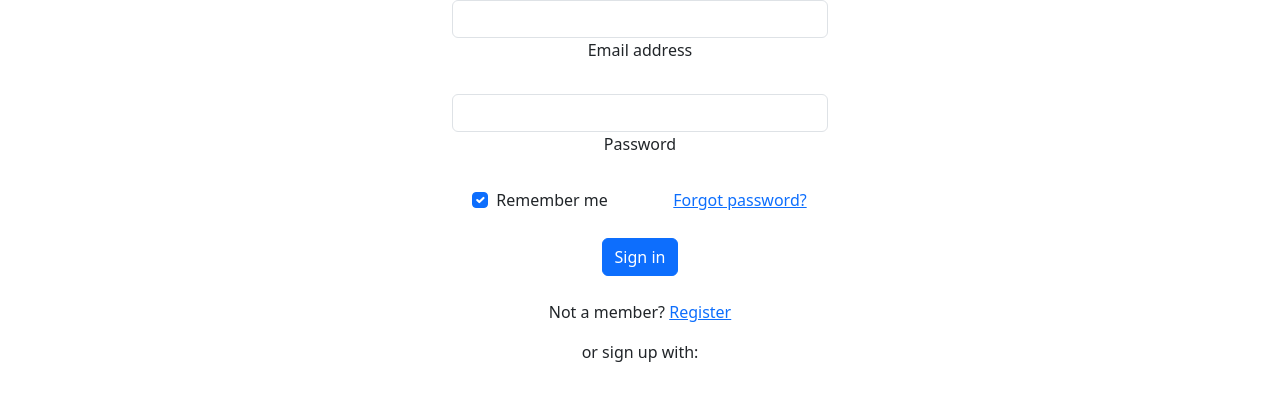
Repository: HieuNT-2001/JAVA-3---SOF203
Page: http://localhost/HocJava4/
The author's editor kept a copy of each file at every save. The page is drawn from the files as they stood at one save, then again after the next save.
The browser window is 1280 px wide. The pictures show the whole page.
The page is served by Tomcat 10. Other server files are loaded and not shown.

Above is the page before, as saved 2024-09-28 03:36:24.

### HocJava4/src/main/webapp/views/LoginForm.jsp
<%@ page language="java" contentType="text/html; charset=UTF-8"
	pageEncoding="UTF-8"%>
<!doctype html>
<html lang="en">
<head>
<meta charset="utf-8">
<meta name="viewport" content="width=device-width, initial-scale=1">
<title>Bootstrap demo</title>
<link
	href="https://cdn.jsdelivr.net/npm/bootstrap@5.3.3/dist/css/bootstrap.min.css"
	rel="stylesheet"
	integrity="sha384-QWTKZyjpPEjISv5WaRU9OFeRpok6YctnYmDr5pNlyT2bRjXh0JMhjY6hW+ALEwIH"
	crossorigin="anonymous">
</head>
<body>
	<div class="container" style="width: 400px; text-align: center;">
		<form>
			<!-- Email input -->
			<div data-mdb-input-init class="form-outline mb-4">
				<input type="email" id="form2Example1" class="form-control" /> <label
					class="form-label" for="form2Example1">Email address</label>
			</div>

			<!-- Password input -->
			<div data-mdb-input-init class="form-outline mb-4">
				<input type="password" id="form2Example2" class="form-control" /> <label
					class="form-label" for="form2Example2">Password</label>
			</div>

			<!-- 2 column grid layout for inline styling -->
			<div class="row mb-4">
				<div class="col d-flex justify-content-center">
					<!-- Checkbox -->
					<div class="form-check">
						<input class="form-check-input" type="checkbox" value=""
							id="form2Example31" checked /> <label class="form-check-label"
							for="form2Example31"> Remember me </label>
					</div>
				</div>

				<div class="col">
					<!-- Simple link -->
					<a href="#!">Forgot password?</a>
				</div>
			</div>

			<!-- Submit button -->
			<button type="button" data-mdb-button-init data-mdb-ripple-init
				class="btn btn-primary btn-block mb-4">Sign in</button>

			<!-- Register buttons -->
			<div class="text-center">
				<p>
					Not a member? <a href="#!">Register</a>
				</p>
				<p>or sign up with:</p>
				<button type="button" data-mdb-button-init data-mdb-ripple-init
					class="btn btn-link btn-floating mx-1">
					<i class="fab fa-facebook-f"></i>
				</button>

				<button type="button" data-mdb-button-init data-mdb-ripple-init
					class="btn btn-link btn-floating mx-1">
					<i class="fab fa-google"></i>
				</button>

				<button type="button" data-mdb-button-init data-mdb-ripple-init
					class="btn btn-link btn-floating mx-1">
					<i class="fab fa-twitter"></i>
				</button>

				<button type="button" data-mdb-button-init data-mdb-ripple-init
					class="btn btn-link btn-floating mx-1">
					<i class="fab fa-github"></i>
				</button>
			</div>
		</form>
	</div>
	<script
		src="https://cdn.jsdelivr.net/npm/bootstrap@5.3.3/dist/js/bootstrap.bundle.min.js"
		integrity="sha384-YvpcrYf0tY3lHB60NNkmXc5s9fDVZLESaAA55NDzOxhy9GkcIdslK1eN7N6jIeHz"
		crossorigin="anonymous"></script>
</body>
</html>

### HocJava4/src/main/java/controllers/LoginServlet.java
package controllers;

import jakarta.security.auth.message.callback.PrivateKeyCallback.Request;
import jakarta.servlet.RequestDispatcher;
import jakarta.servlet.ServletException;
import jakarta.servlet.annotation.WebServlet;
import jakarta.servlet.http.HttpServlet;
import jakarta.servlet.http.HttpServletRequest;
import jakarta.servlet.http.HttpServletResponse;
import java.io.IOException;

import entity.UserEntity;

/**
 * Servlet implementation class LoginServlet
 */
@WebServlet({"/", "/LoginServlet"})
public class LoginServlet extends HttpServlet {
	private static final long serialVersionUID = 1L;

    /**
     * @see HttpServlet#HttpServlet()
     */
    public LoginServlet() {
        super();
        // TODO Auto-generated constructor stub
    }

	/**
	 * @see HttpServlet#doGet(HttpServletRequest request, HttpServletResponse response)
	 */
	protected void doGet(HttpServletRequest request, HttpServletResponse response) throws ServletException, IOException {
		// TODO Auto-generated method stub
		RequestDispatcher rd = request.getRequestDispatcher("views/LoginForm.jsp");
		rd.forward(request, response);
	}

	/**
	 * @see HttpServlet#doPost(HttpServletRequest request, HttpServletResponse response)
	 */
	protected void doPost(HttpServletRequest request, HttpServletResponse response) throws ServletException, IOException {
		// TODO Auto-generated method stub
		String tenDangNhap = request.getParameter("username");
		String matKhau = request.getParameter("username");
		UserEntity user = new UserEntity();
		if (tenDangNhap.equalsIgnoreCase(user.getUsername()) && matKhau.equals(user.getPassword())) {
			response.getWriter().write("Đăng nhập thành công");
		} else {
			response.getWriter().write("Đăng nhập thất bại");
		}

	}

}

After the next save:
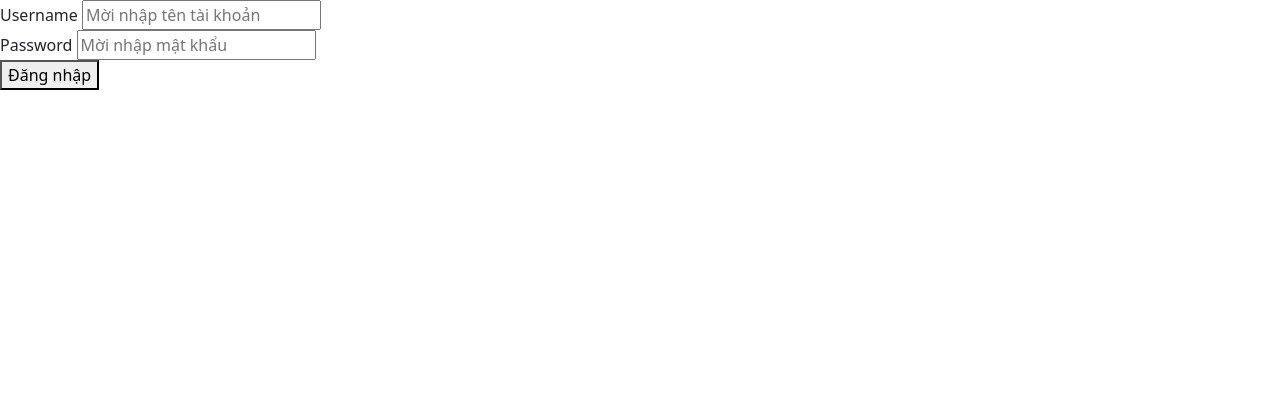
Saved 49 s later.
--- a/HocJava4/src/main/webapp/views/LoginForm.jsp
+++ b/HocJava4/src/main/webapp/views/LoginForm.jsp
@@ -1,84 +1,30 @@
 <%@ page language="java" contentType="text/html; charset=UTF-8"
-	pageEncoding="UTF-8"%>
-<!doctype html>
-<html lang="en">
+    pageEncoding="UTF-8"%>
+<!DOCTYPE html>
+<html>
 <head>
-<meta charset="utf-8">
-<meta name="viewport" content="width=device-width, initial-scale=1">
-<title>Bootstrap demo</title>
-<link
-	href="https://cdn.jsdelivr.net/npm/bootstrap@5.3.3/dist/css/bootstrap.min.css"
-	rel="stylesheet"
-	integrity="sha384-QWTKZyjpPEjISv5WaRU9OFeRpok6YctnYmDr5pNlyT2bRjXh0JMhjY6hW+ALEwIH"
-	crossorigin="anonymous">
+<meta charset="UTF-8">
+<title>Log In</title>
+<link href="https://cdn.jsdelivr.net/npm/bootstrap@5.3.3/dist/css/bootstrap.min.css" rel="stylesheet" integrity="sha384-QWTKZyjpPEjISv5WaRU9OFeRpok6YctnYmDr5pNlyT2bRjXh0JMhjY6hW+ALEwIH" crossorigin="anonymous">
 </head>
 <body>
-	<div class="container" style="width: 400px; text-align: center;">
-		<form>
-			<!-- Email input -->
-			<div data-mdb-input-init class="form-outline mb-4">
-				<input type="email" id="form2Example1" class="form-control" /> <label
-					class="form-label" for="form2Example1">Email address</label>
-			</div>
+<div>
+<form action="/LogInServlet" method="post">
 
-			<!-- Password input -->
-			<div data-mdb-input-init class="form-outline mb-4">
-				<input type="password" id="form2Example2" class="form-control" /> <label
-					class="form-label" for="form2Example2">Password</label>
-			</div>
+<div>
+<label> Username </label>
+<input type="text" name="username" placeholder="Mời nhập tên tài khoản">
+</div>
 
-			<!-- 2 column grid layout for inline styling -->
-			<div class="row mb-4">
-				<div class="col d-flex justify-content-center">
-					<!-- Checkbox -->
-					<div class="form-check">
-						<input class="form-check-input" type="checkbox" value=""
-							id="form2Example31" checked /> <label class="form-check-label"
-							for="form2Example31"> Remember me </label>
-					</div>
-				</div>
+<div>
+<label> Password </label>
+<input type="password" name="password" placeholder="Mời nhập mật khẩu">
+</div>
 
-				<div class="col">
-					<!-- Simple link -->
-					<a href="#!">Forgot password?</a>
-				</div>
-			</div>
+<button type="submit"> Đăng nhập </button>
 
-			<!-- Submit button -->
-			<button type="button" data-mdb-button-init data-mdb-ripple-init
-				class="btn btn-primary btn-block mb-4">Sign in</button>
-
-			<!-- Register buttons -->
-			<div class="text-center">
-				<p>
-					Not a member? <a href="#!">Register</a>
-				</p>
-				<p>or sign up with:</p>
-				<button type="button" data-mdb-button-init data-mdb-ripple-init
-					class="btn btn-link btn-floating mx-1">
-					<i class="fab fa-facebook-f"></i>
-				</button>
-
-				<button type="button" data-mdb-button-init data-mdb-ripple-init
-					class="btn btn-link btn-floating mx-1">
-					<i class="fab fa-google"></i>
-				</button>
-
-				<button type="button" data-mdb-button-init data-mdb-ripple-init
-					class="btn btn-link btn-floating mx-1">
-					<i class="fab fa-twitter"></i>
-				</button>
-
-				<button type="button" data-mdb-button-init data-mdb-ripple-init
-					class="btn btn-link btn-floating mx-1">
-					<i class="fab fa-github"></i>
-				</button>
-			</div>
-		</form>
-	</div>
-	<script
-		src="https://cdn.jsdelivr.net/npm/bootstrap@5.3.3/dist/js/bootstrap.bundle.min.js"
-		integrity="sha384-YvpcrYf0tY3lHB60NNkmXc5s9fDVZLESaAA55NDzOxhy9GkcIdslK1eN7N6jIeHz"
-		crossorigin="anonymous"></script>
+</form>
+</div>
+<script src="https://cdn.jsdelivr.net/npm/bootstrap@5.3.3/dist/js/bootstrap.bundle.min.js" integrity="sha384-YvpcrYf0tY3lHB60NNkmXc5s9fDVZLESaAA55NDzOxhy9GkcIdslK1eN7N6jIeHz" crossorigin="anonymous"></script>
 </body>
 </html>
